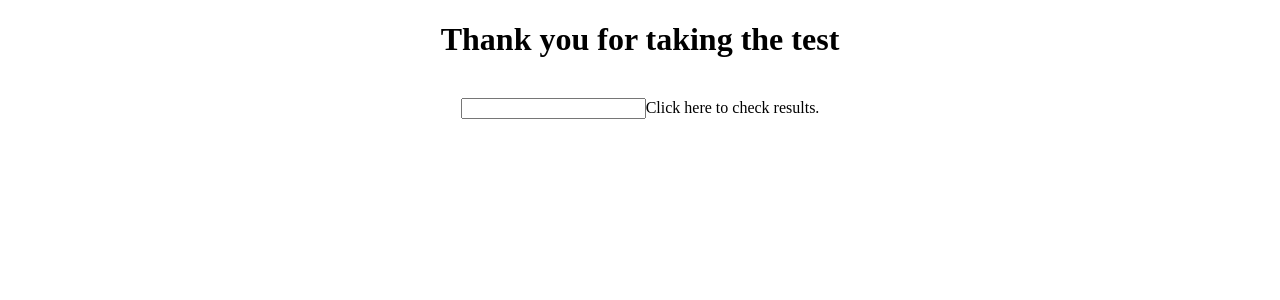
Repository: MriOj/OnlineExamPortal
Page: http://localhost/ExamPortal/thanks.jsp
These files come from the project's save history. The page is drawn as it stood at one moment and after the next save; the edit follows.
The browser window is 1280 px wide. The pictures show the whole page.
The page is served by Tomcat 9. Other server files are loaded and not shown.

Above is the page before, as saved 2021-09-05 04:44:32.

### ExamPortal/src/main/webapp/thanks.jsp
<%@ page language="java" contentType="text/html; charset=ISO-8859-1"
    pageEncoding="ISO-8859-1"%>
<!DOCTYPE html>
<html>
<head>
<meta charset="ISO-8859-1">
<title>Thank You </title>
<style type="text/css">
.center {
text-align: center;
}
</style>
</head>
<body>
<body>
<div class="center">
<h1 >Thank you for taking the test</h1><br>
<form action="studentlogin" method="post" >
<input type="Click here" >Click here to check results.
</form>

</div>
</body>

</html>

After the next save:
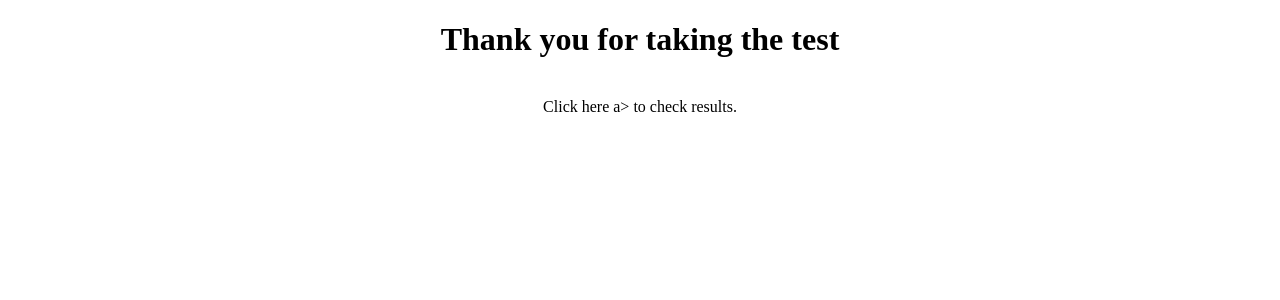
Saved 31 s later.
--- a/ExamPortal/src/main/webapp/thanks.jsp
+++ b/ExamPortal/src/main/webapp/thanks.jsp
@@ -15,9 +15,8 @@ text-align: center;
 <body>
 <div class="center">
 <h1 >Thank you for taking the test</h1><br>
-<form action="studentlogin" method="post" >
-<input type="Click here" >Click here to check results.
-</form>
+<a>Click here </a>a> to check results.
+
 
 </div>
 </body>
